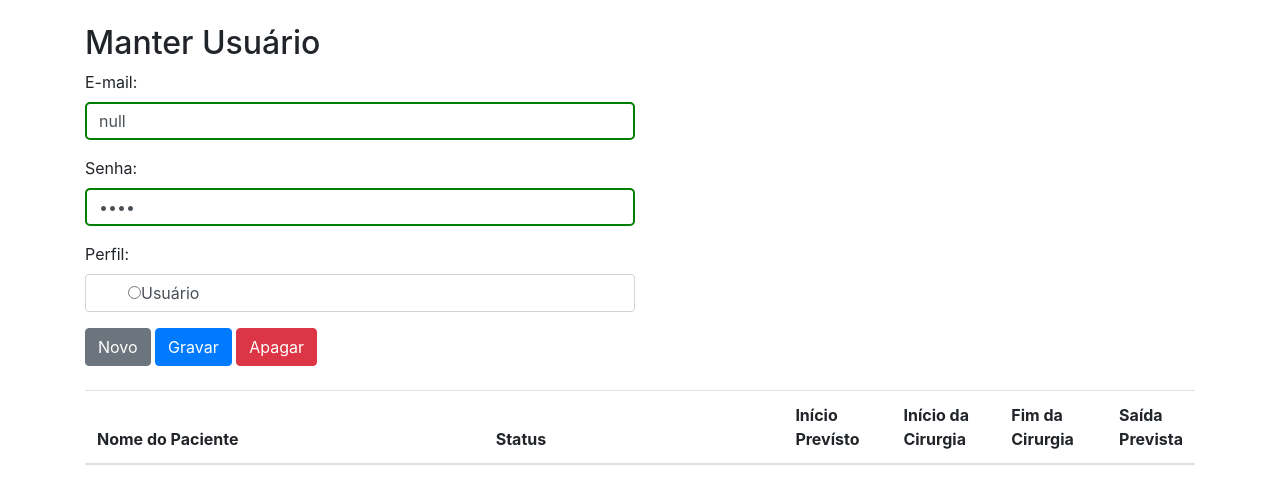
Repository: eduardo-r-jesus/Projeto_Centro_Cirurgico
Page: http://localhost/centro_cirurgico_web/formManterUsuario.jsp
The author's editor kept a copy of each file at every save. The page is drawn from the files as they stood at one save, then again after the next save.
The browser window is 1280 px wide. The pictures show the whole page.
The page is served by Tomcat 9.

Above is the page before, as saved 2021-09-07 01:02:01.

After the next save:
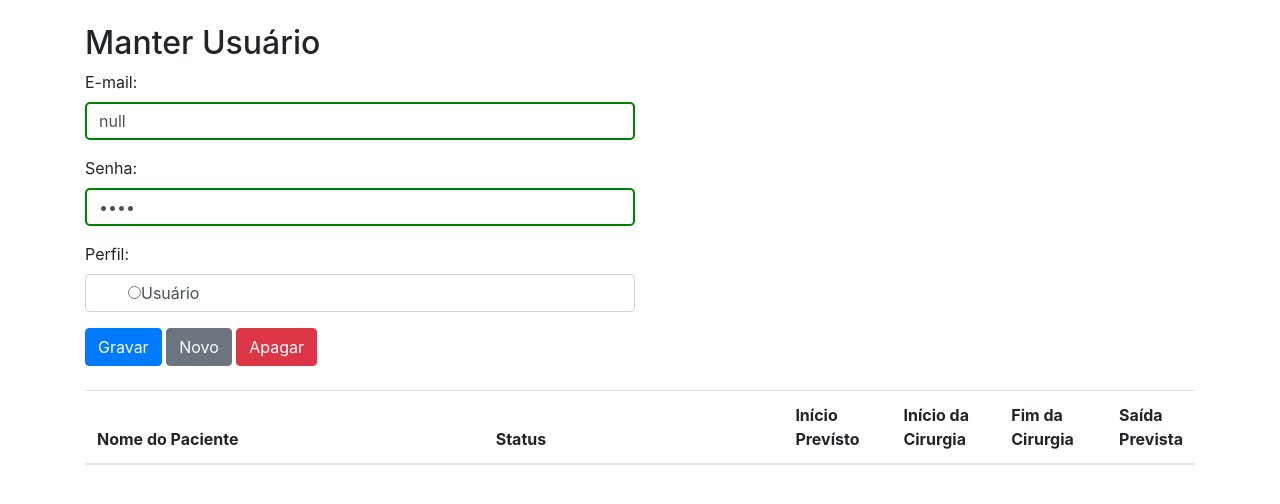
Saved 86 s later.
--- a/centro_cirurgico_web/src/main/webapp/formManterUsuario.jsp
+++ b/centro_cirurgico_web/src/main/webapp/formManterUsuario.jsp
@@ -83,8 +83,8 @@
 			}
 			%>
 
+			<button type="submit" class="btn btn-primary">Gravar</button>
 			<button type="button" class="btn btn-secondary" onclick="limpaForm()">Novo</button>
-			<button type="button" class="btn btn-primary" onclick="gravar(this)">Gravar</button>
 			<button type="button" class="btn btn-danger" onclick="apagar()">Apagar</button>
 		</form>
 
